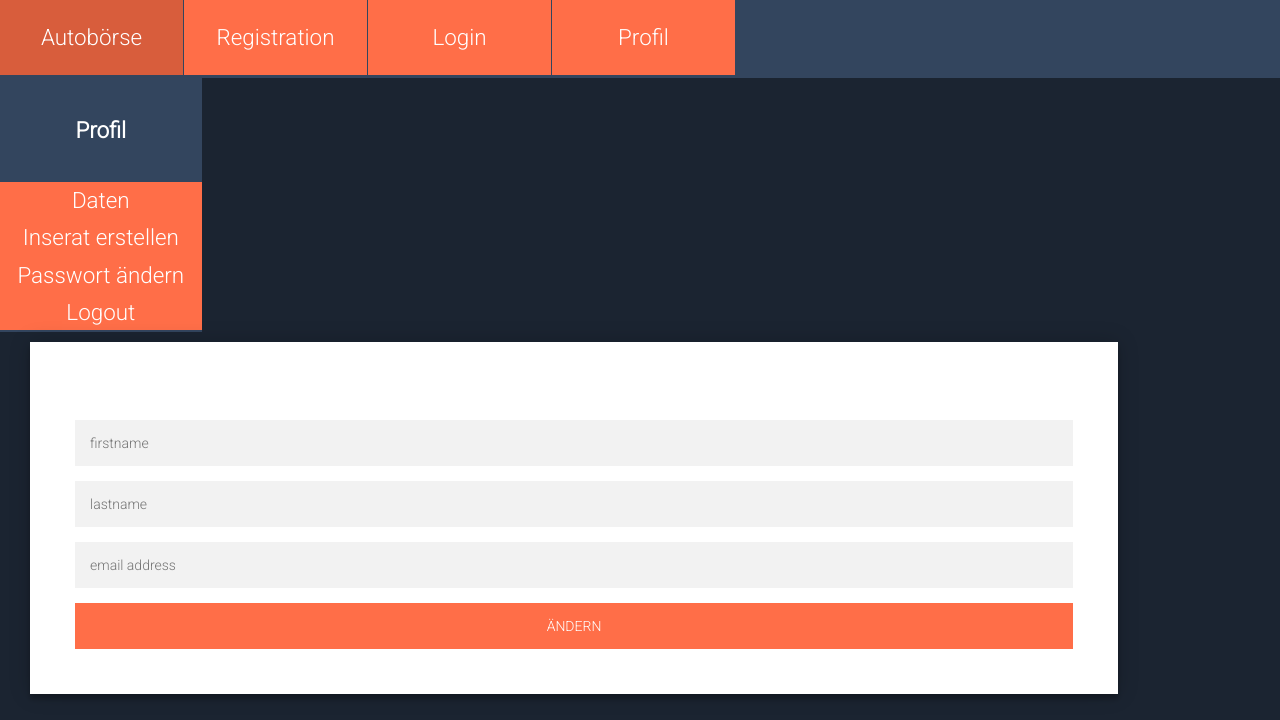
Repository: Turkelten/CarAdminstration
Page: http://localhost/Autobörse/userprofil.jsp
These files come from the project's save history. The page is drawn as it stood at one moment and after the next save; the edit follows.
The browser window is 1280 px wide. The pictures show the whole page.
The page is served by Tomcat 9. Other server files are loaded and not shown.

Above is the page before, as saved 2020-07-19 21:11:25.
Console error: SyntaxError: Unexpected token '=='

### Autobörse/WebContent/userprofil.jsp
<%@ page language="java" contentType="text/html; charset=ISO-8859-1"
    pageEncoding="ISO-8859-1"%>
<!DOCTYPE html>
<html>
<head>
	<meta name="viewport" content="width=device-width, initial-scale=1.0" charset="ISO-8859-1">
	<title>Autobörse</title>
	<link href="https://fonts.googleapis.com/css2?family=Roboto+Slab:wght@300&family=Roboto:wght@300&display=swap" rel="stylesheet">
	<link href="style.css" rel="stylesheet">
</head>
<body onload="userloggedin()">

	<jsp:include page="navigationbar.jsp" />
	<div class="page">
		<jsp:include page="sidebarUserProfil.jsp" />
			<div class="user-page">
				  <div class="userform">
					<form class="login-form" method="post" action="UserChangeServlet">
						<h2>Profildaten</h2>
				      	<input type="text" placeholder="firstname" name="firstname"/>
				      	<input type="text" placeholder="lastname" name="lastname"/>
				      	<input type="text" placeholder="email address" name="username"/>
				      	<button type="submit">Ändern</button>
			  		</form>
				</div>
			</div>
	</div>

	<script type="text/javascript">
		function userloggedin() {
			if (${ session.getAttribute("user") } == null) {
				window.location.href = "login.jsp";
			}
		}
	</script>
</body>
</html>

### Autobörse/WebContent/navigationbar.jsp
<header>
		<nav id="normal">
			<ul>
			  	<li style="float:left"><a href="index.jsp">Autobörse</a></li>
			  	<li ><a class="active" href="registration.jsp">Registration</a></li>
			  	<li ><a class="active" href="login.jsp">Login</a></li>
			  	<li ><a class="active" href="userprofil.jsp">Profil</a></li>
			</ul>
		</nav>

		<nav id="mobile">
			<div id="menu">Menü</div>
			<ul>
			  	<li ><a href="index.jsp">Autobörse</a></li>
			  	<li ><a class="active" href="registration.jsp">Registration</a></li>
			  	<li ><a class="active" href="login.jsp">Login</a></li>
			  	<li ><a class="active" href="userprofil.jsp">Profil</a></li>
			</ul>
		</nav>
	</header>

### Autobörse/WebContent/sidebarUserProfil.jsp
<div class="usersidebar-container">
			<h2> Profil </h2>
			<div class="usersidebar">
				<ul>
				  	<li ><a href="userprofil.jsp">Daten</a></li>
				  	<li ><a href="userInseratErstellen.jsp">Inserat erstellen</a></li>
				  	<li ><a href="userPasswortAendern.jsp">Passwort ändern</a></li>
				  	<li ><a class="active" href="LogoutServlet">Logout</a></li>
				</ul>
			</div>
		</div>

### Autobörse/WebContent/style.css
body,
html {
  background: #1b2431;
  margin: 0;
  padding: 0;
  font-size: 100%;
  color: white;
}

@media screen and (max-width: 600px) {
  body,
  html {
    font-size: 48%;
  }
}

@media screen and (min-width: 600px) {
  body,
  html {
    font-size: 53%;
  }
}

@media screen and (min-width: 800px) {
  body,
  html {
    font-size: 57%;
  }
}

@media screen and (min-width: 1200px) {
  body,
  html {
    font-size: 70%;
  }
}

header {
  background: #33455e;
  position: fixed;
  top: 0;
  width: 100%;
  text-align: left;
  transition: 200ms all;
  height: 7rem;
}

header nav#normal {
  color: #c8354e;
  display: inline-block;
}

@media screen and (max-width: 800px) {
  header nav#normal {
    display: none;
  }
}

header nav#normal ul {
  margin: 0;
  padding: 0;
  transition: all 300ms;
  display: inline-block;
}

header nav#normal ul li {
  margin: 0;
  padding: 0;
  float: left;
  list-style: none;
  position: relative;
  transition: all 300ms;
}

header nav#normal ul li a {
  display: inline-block;
  padding: 2.17rem;
  float: left;
  min-width: 12rem;
  text-align: center;
  font-size: 2rem;
  color: #fff;
  margin: 0 1px 0 0;
  text-decoration: none;
  background: #ff6e48;
  font-weight: 300;
  transition: all 300ms;
  font-family: "Roboto", sans-serif;
}

header nav#normal ul li:hover > a {
  background: #d85d3c;
}

header nav#normal ul li ul {
  overflow: hidden;
  position: absolute;
  top: 100%;
  left: 0;
  width: 100%;
  transition: 300ms all;
  max-height: 0;
}

header nav#normal ul li ul li {
  border-bottom: 1px solid #8c1e31;
}

header nav#normal ul li:hover > ul {
  max-height: 700px;
}

header nav#mobile {
  color: #c8354e;
  display: none;
}

@media screen and (max-width: 800px) {
  header nav#mobile {
    display: block;
  }
}

header nav #menu {
  padding: 2.17rem 5% 2.17rem 5%;
  float: left;
  width: 90%;
  text-align: center;
  font-size: 2rem;
  color: #fff;
  cursor: pointer;
  font-weight: 300;
  transition: all 500ms;
  font-family: "Roboto", sans-serif;
}

header nav#mobile ul {
  width: 100%;
  margin: 0;
  padding: 0;
  max-height: 0;
  transition: all 500ms;
  overflow: hidden;
  float: left;
}

header nav#mobile:hover > ul {
  max-height: 800px;
}

header nav#mobile ul li {
  margin: 0;
  padding: 0;
  float: left;
  width: 100%;
  list-style: none;
  position: relative;
  transition: all 500ms;
}

header nav#mobile ul li a {
  display: inline-block;
  padding: 2.17rem 5% 2.17rem 5%;
  float: left;
  min-width: 12rem;
  width: 90%;
  text-align: center;
  font-size: 2rem;
  color: #fff;
  text-decoration: none;
  background: #c8354e;
  font-weight: 300;
  transition: all 500ms;
  font-family: "Roboto", sans-serif;
}

header nav#mobile ul li:hover > a {
  background: #8c1e31;
}

header nav#mobile ul li ul {
  width: 100%;
  transition: all 500ms;
  max-height: 0;
  overflow: hidden;
  float: left;
}

header nav#mobile ul li ul li {
  display: block;
  float: left;
  background: #8c1e31;
  transition: all 500ms;
}

header nav#mobile ul li ul li a {
  background: #8c1e31;
}

header nav#mobile ul li:hover > ul {
  max-height: 500px;
}

.page {
  	position:fixed;
    padding:0;
    margin:0;

    top:7rem;
    left:0;

    width: 100%;
    height: 100%;
}

.login-page {
  width: 360px;
  padding: 8% 0 0;
  margin: auto;
}
.form {
  position: relative;
  z-index: 1;
  background: #FFFFFF;
  max-width: 360px;
  margin: 0 auto 100px;
  padding: 45px;
  text-align: center;
  box-shadow: 0 0 20px 0 rgba(0, 0, 0, 0.2), 0 5px 5px 0 rgba(0, 0, 0, 0.24);
}
.form input {
  font-family: "Roboto", sans-serif;
  outline: 0;
  background: #f2f2f2;
  width: 100%;
  border: 0;
  margin: 0 0 15px;
  padding: 15px;
  box-sizing: border-box;
  font-size: 14px;
}
.form button {
  font-family: "Roboto", sans-serif;
  text-transform: uppercase;
  outline: 0;
  background: #ff6e48;
  width: 100%;
  border: 0;
  padding: 15px;
  color: #FFFFFF;
  font-size: 14px;
  -webkit-transition: all 0.3 ease;
  transition: all 0.3 ease;
  cursor: pointer;
}
.form button:hover,.form button:active,.form button:focus {
  background: #d85d3c;
}
.form .message {
  margin: 15px 0 0;
  color: #b3b3b3;
  font-size: 12px;
}
.form .message a {
  color: #4CAF50;
  text-decoration: none;
}
.form .register-form {
  display: none;
}
.container {
  position: relative;
  z-index: 1;
  max-width: 300px;
  margin: 0 auto;
}
.container:before, .container:after {
  content: "";
  display: block;
  clear: both;
}
.container .info {
  margin: 50px auto;
  text-align: center;
}
.container .info h1 {
  margin: 0 0 15px;
  padding: 0;
  font-size: 36px;
  font-weight: 300;
  color: #1a1a1a;
}
.container .info span {
  color: #4d4d4d;
  font-size: 12px;
}
.container .info span a {
  color: #000000;
  text-decoration: none;
}
.container .info span .fa {
  color: #EF3B3A;
}


.user-page {
  width: 85%;
  height: 100%;
  padding-top: 10px;
  padding-left: 30px;
  margin-left: 0;
  float: left;
}
.userform {
  position: relative;
  z-index: 1;
  background: #FFFFFF;

  padding: 45px;
  text-align: center;
  box-shadow: 0 0 20px 0 rgba(0, 0, 0, 0.2), 0 5px 5px 0 rgba(0, 0, 0, 0.24);
}
.userform input {
  font-family: "Roboto", sans-serif;
  outline: 0;
  background: #f2f2f2;
  width: 100%;
  border: 0;
  margin: 0 0 15px;
  padding: 15px;
  box-sizing: border-box;
  font-size: 14px;
}
.userform button {
  font-family: "Roboto", sans-serif;
  text-transform: uppercase;
  outline: 0;
  background: #ff6e48;
  width: 100%;
  border: 0;
  padding: 15px;
  color: #FFFFFF;
  font-size: 14px;
  -webkit-transition: all 0.3 ease;
  transition: all 0.3 ease;
  cursor: pointer;
}
.userform button:hover,.form button:active,.form button:focus {
  background: #d85d3c;
}
.userform .message {
  margin: 15px 0 0;
  color: #b3b3b3;
  font-size: 12px;
}
.userform .message a {
  color: #4CAF50;
  text-decoration: none;
}

.usersidebar-container {
	width: 18rem;
	padding-top:10px;
	margin-right: auto;
	background: #33455e;
	float: left;
}

.usersidebar-container h2 {
	text-align:center;
	padding-top: 10px;
	font-size: 2rem;
	font-family: "Roboto", sans-serif;
}

.usersidebar {
	position: relative;
  	width:100%;

  	padding-top: 20px;
  	text-align: center;
}


.usersidebar ul {
  margin: 0;
  padding: 0;
  transition: all 300ms;
  display: inline-block;
}

.usersidebar ul li {
  margin: 0;
  padding: 0;
  width: 100%;
  float: left;
  list-style: none;
  position: relative;
  transition: all 300ms;
}

.usersidebar ul li a {
  display: inline-block;
  padding: 0.5rem;
  float: top;
  width: 17rem;
  text-align: center;
  font-size: 2rem;
  color: #fff;
  text-decoration: none;
  background: #ff6e48;
  font-weight: 300;
  font-family: "Roboto", sans-serif;
}

.usersidebar ul li:hover > a {
  background: #d85d3c;
}

.searchsidebar-container {
	width: 18rem;
	padding-top:10px;
	margin-right: auto;
	background: #33455e;
	float: left;
}

.searchsidebar-container h2 {
	text-align:center;
	padding-top: 10px;
	font-size: 2rem;
	font-family: "Roboto", sans-serif;
}

.searchsidebar {
	position: relative;
  	width:100%;

  	padding-top: 10px;
  	padding-bottom: 20px;
  	text-align: center;
}

.searchsidebar label{
	padding:10px;
	font-size: 2rem;
	font-weight: 300;
  	font-family: "Roboto", sans-serif;
  	text-decoration: none;
}

.anzeige {
	position: relative;
  	z-index: 1;
  	background: #FFFFFF;
  	color: black;
  	padding: 20px;
  	text-align: center;
  	box-shadow: 0 0 20px 0 rgba(0, 0, 0, 0.2), 0 5px 5px 0 rgba(0, 0, 0, 0.24);
}

After the next save:
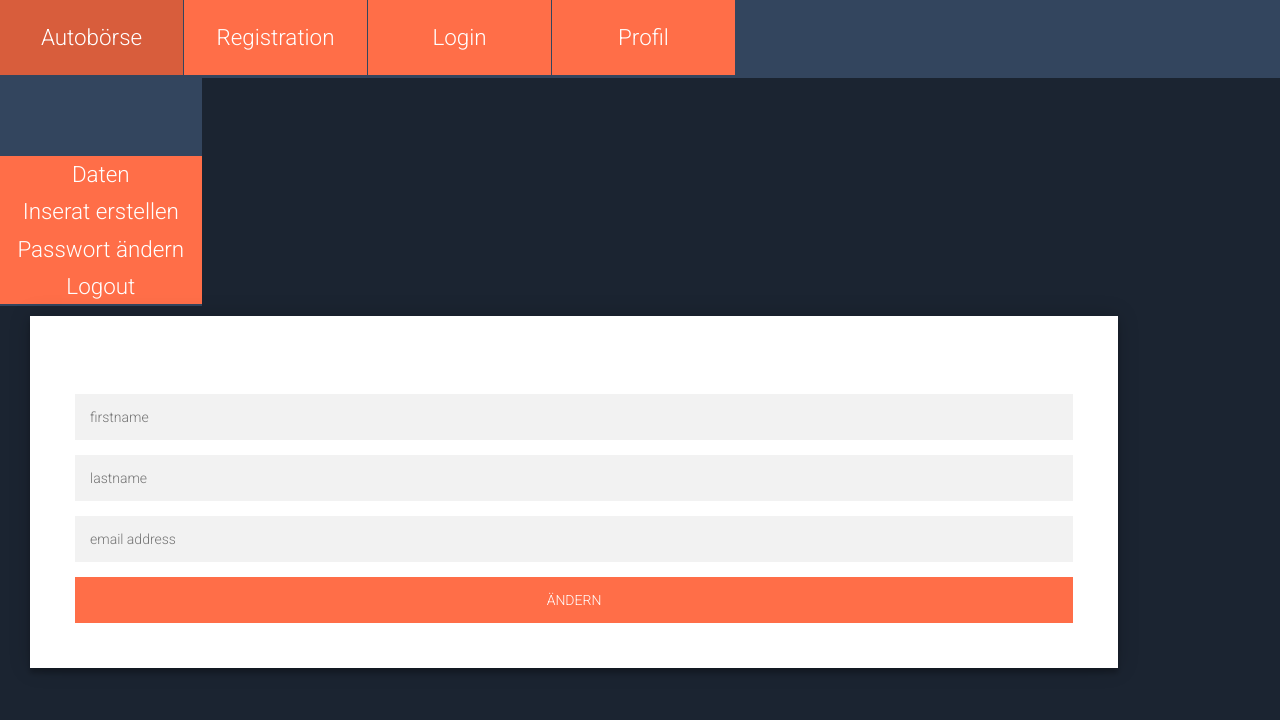
Saved 20 s later.
--- a/Autobörse/WebContent/sidebarUserProfil.jsp
+++ b/Autobörse/WebContent/sidebarUserProfil.jsp
@@ -1,5 +1,5 @@
 <div class="usersidebar-container">
-			<h2> Profil </h2>
+			<h2> ${sessionScope[name]} </h2>
 			<div class="usersidebar">
 				<ul>
 				  	<li ><a href="userprofil.jsp">Daten</a></li>
